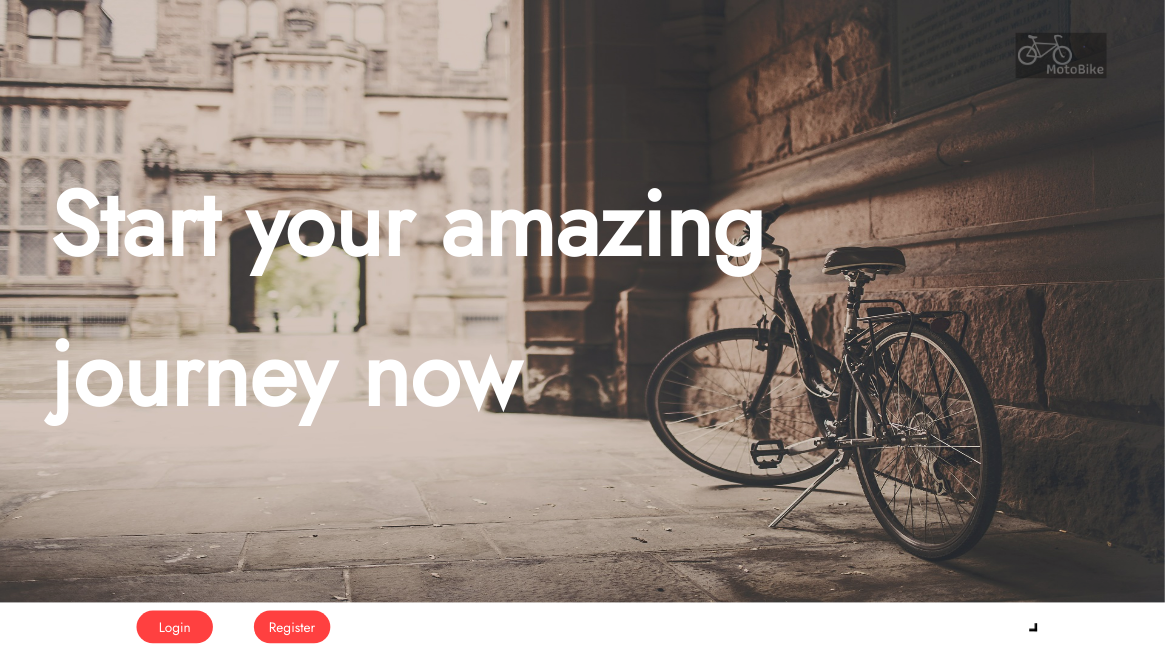
Repository: PatryxB/bikeService
Page: http://localhost/
These files come from the project's save history. The page is drawn as it stood at one moment and after the next save; the edit follows.
The browser window is 1280 px wide. The pictures show the whole page, at 91% of full size.
The page is served by the project's Laravel application, run on PHP 8.4 with Laravel 8. Other server files are loaded and not shown. Style sheets and scripts are compiled from the project's sources, by tool versions that may differ from the author's.

Above is the page before, as saved 2020-05-01 16:38:11.

### resources/views/welcome.blade.php
<!DOCTYPE html>
<html lang="{{ str_replace('_', '-', app()->getLocale()) }}">
    <head>
        <meta charset="utf-8">
        <meta name="viewport" content="width=device-width, initial-scale=1">

        <title>Laravel</title>

        <link rel="stylesheet" href="/css/app.css">

    </head>
    <body>

        <div class="banner">
            <img src="{{asset('/img/bikebanner.jpg')}}" alt="">
            <div class="logo"><img src="{{asset('/img/MotoBike.png')}}"></div>
            <div class="banner-text">
                <h1>Start your amazing</h1>
                <h1>journey now</h1>
            </div>
        </div>

        @extends('layouts.app')
        @section('content')
        @endsection

    </body>
</html>

### resources/views/layouts/app.blade.php
<!doctype html>
<html lang="{{ str_replace('_', '-', app()->getLocale()) }}">
<head>
    <meta charset="utf-8">
    <meta name="viewport" content="width=device-width, initial-scale=1">

    <!-- CSRF Token -->
    <meta name="csrf-token" content="{{ csrf_token() }}">

    <title>{{ config('app.name', 'Laravel') }}</title>

    <!-- Scripts -->
    <script src="{{ asset('js/app.js') }}" defer></script>

    <!-- Fonts -->
    <link rel="dns-prefetch" href="//fonts.gstatic.com">
    <link href="https://fonts.googleapis.com/css?family=Nunito" rel="stylesheet">

    <!-- Styles -->
    <link href="{{ asset('css/app.css') }}" rel="stylesheet">
</head>
<body>
    <div id="app">
        <nav>
            @if (Route::has('login'))
                @auth
                    <a href="{{ url('/home') }}">Home</a>
                @else
                    <a href="{{ route('login') }}" role="button">Login</a>

                    @if (Route::has('register'))
                        <a href="{{ route('register') }}" role="button" style="margin-left:40px">Register</a>
                    @endif
                @endauth
            @endif
            <a role="button" class="arrow down"></a>
        </nav>
        <main>
            @yield('content')
        </main>
    </div>
</body>
</html>

### resources/sass/app.scss
@import url('https://fonts.googleapis.com/css2?family=Jost&display=swap');
html, body{
    box-sizing: border-box;
    margin: 0;
    padding: 0;
    font-family: 'Jost', sans-serif;
}
.logo img{
    position: absolute !important;
    top: 5% !important;
    right: 5% !important;
    width: 100px !important;
    height: 50px !important;
    opacity: .3;
}
.banner img{
    width: 100%;
    height: 92vh;
    position: relative;
    filter: brightness(90%);
}
.banner-text{
    position: absolute;
    left: 35px;
    bottom: 30%;
    color: white;
    font-size: 50px;
}
h1{
    margin: 20px;
}
nav{
    width: 100%;
    height: 7vh;
}
nav a:nth-child(1), nav a:nth-child(2){
    margin-top: 3px;
    text-decoration: none;
    display: inline-block;
    margin-left: 150px;
    border-radius: 25px;
    background-color: rgb(255, 64, 64);
    color: white;
    font-size: 15px;
    padding: 7px;
    width: 70px;
    text-align: center;
}
.arrow{
    border: solid black;
    border-width: 0 3px 3px 0;
    display: inline-block;
    padding: 3px;
    animation: move 2s ease-out infinite;
}
.down{
    transform: rotate(45deg);
    -webkit-transform: rotate(45deg);
    float: right;
    margin-right: 140px;
    margin-top: 10px;
}
@keyframes move{
    from {transform: translateY(0);}
    to {transform: translateY(10px);}
}

Loaded but not shown: routes/web.php (common file); app/Http/Controllers/Auth/LoginController.php (common file); app/Http/Controllers/Controller.php (common file); app/Http/Controllers/Auth/ConfirmPasswordController.php (common file)

After the next save:
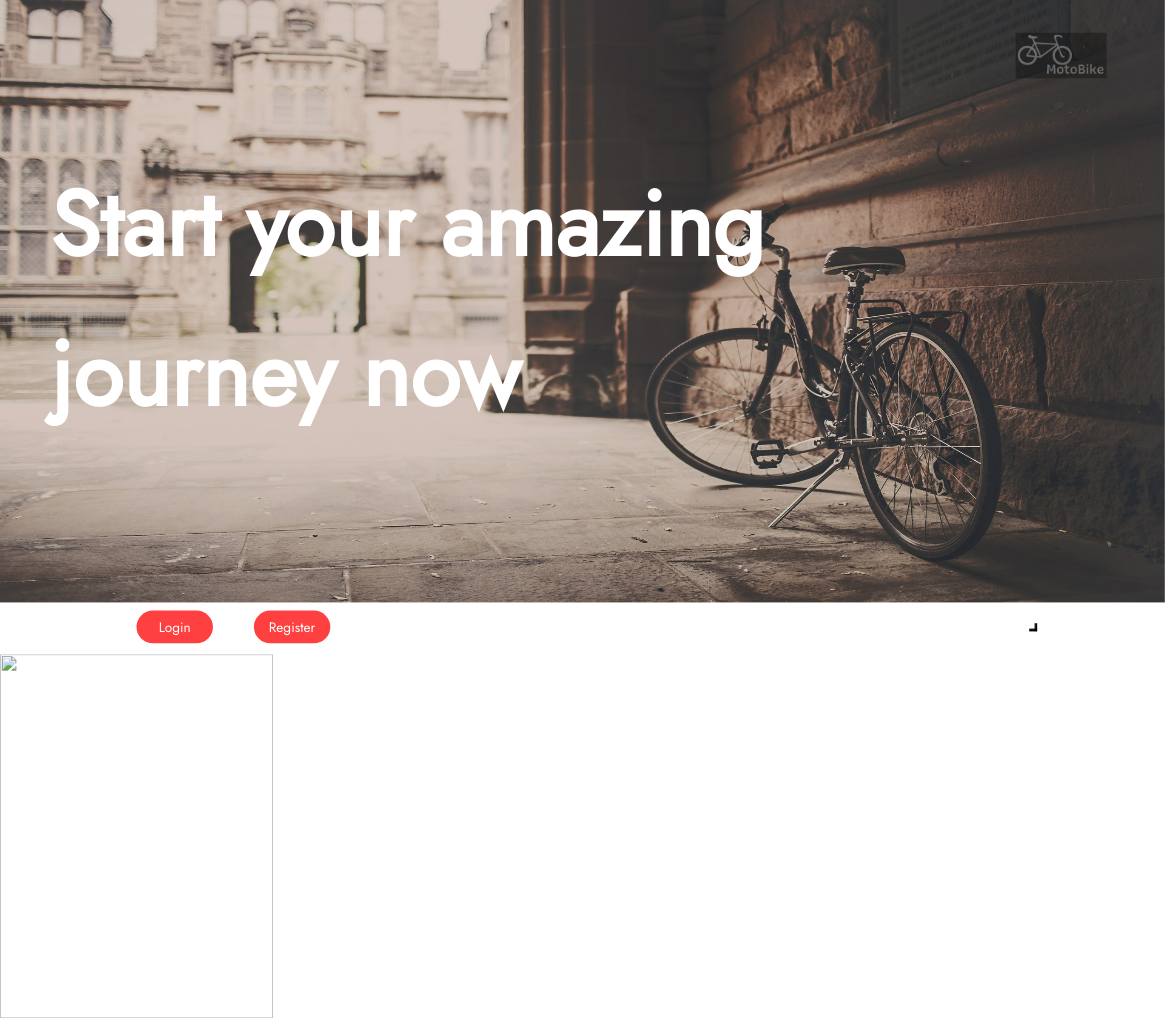
Saved 12 days later.
--- a/resources/views/welcome.blade.php
+++ b/resources/views/welcome.blade.php
@@ -22,6 +22,13 @@
 
         @extends('layouts.app')
         @section('content')
+            <section>
+                <div>
+                    <img src="" alt="" width="300px" height="400px">
+                    <img src="" alt="">
+                    <img src="" alt="">
+                </div>
+            </section>
         @endsection
 
     </body>
